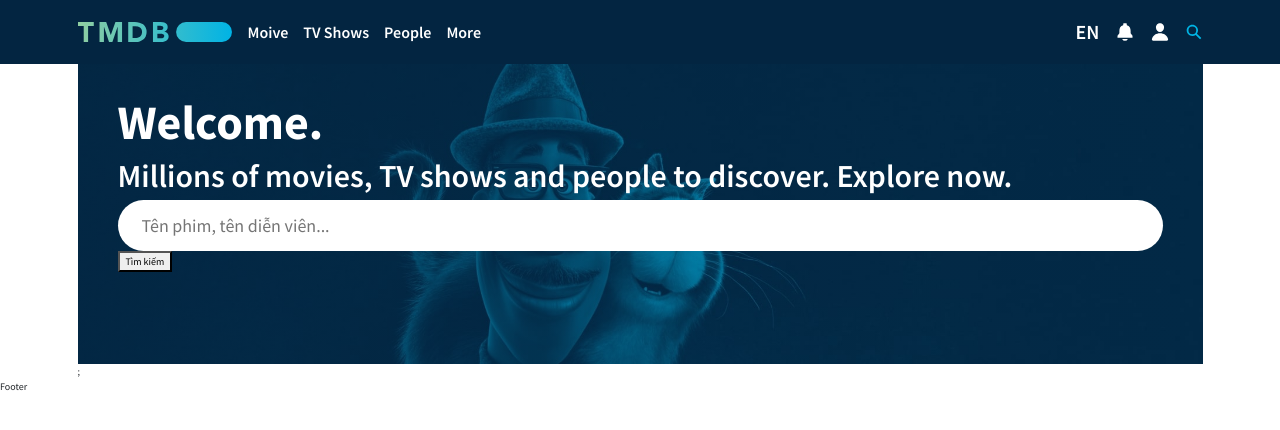
Repository: nguyennam1029/TMDB-App
Page: /
The author's editor kept a copy of each file at every save. The page is drawn from the files as they stood at one save, then again after the next save.
The browser window is 1280 px wide. The pictures show the whole page.
The project was rebuilt for these pictures with package versions that can differ from the ones it lists, and the page was loaded fresh each time. Also part of the build but not shown: src/components/ui/HeroCart/heroCart.css, src/components/ui/HeroCart/HeroCart.jsx, src/page/Search.jsx. Imported but missing from the stored project, and not drawn on this page: src/components/ui/ListHero/ListHero, src/page/HeroDetail.

Above is the page before, as saved 2022-09-26 20:20:31.

### public/index.html
<!DOCTYPE html>
<html lang="en">
  <head>
    <meta charset="utf-8" />
    <link rel="icon" href="%PUBLIC_URL%/favicon.ico" />
    <meta name="viewport" content="width=device-width, initial-scale=1" />
    <meta name="theme-color" content="#000000" />
    <meta
      name="description"
      content="Web site created using create-react-app"
    />
    <link rel="apple-touch-icon" href="%PUBLIC_URL%/logo192.png" />
    <!--
      manifest.json provides metadata used when your web app is installed on a
      user's mobile device or desktop. See https://developers.google.com/web/fundamentals/web-app-manifest/
    -->
    <link rel="manifest" href="%PUBLIC_URL%/manifest.json" />
    <!--
      Notice the use of %PUBLIC_URL% in the tags above.
      It will be replaced with the URL of the `public` folder during the build.
      Only files inside the `public` folder can be referenced from the HTML.

      Unlike "/favicon.ico" or "favicon.ico", "%PUBLIC_URL%/favicon.ico" will
      work correctly both with client-side routing and a non-root public URL.
      Learn how to configure a non-root public URL by running `npm run build`.
    -->
    <link
      rel="stylesheet"
      href="https://cdn.jsdelivr.net/npm/bootstrap@5.1.0/dist/css/bootstrap.min.css"
    />
    <title>React App</title>
  </head>
  <body>
    <noscript>You need to enable JavaScript to run this app.</noscript>
    <div id="root"></div>
    <!--
      This HTML file is a template.
      If you open it directly in the browser, you will see an empty page.

      You can add webfonts, meta tags, or analytics to this file.
      The build step will place the bundled scripts into the <body> tag.

      To begin the development, run `npm start` or `yarn start`.
      To create a production bundle, use `npm run build` or `yarn build`.
    -->
  </body>
</html>

### src/index.js
import React from "react";
import ReactDOM from "react-dom/client";
import { BrowserRouter as Router } from "react-router-dom";

import { Provider } from "react-redux";
import store from "./store";
import "./index.css";
import App from "./App";

const root = ReactDOM.createRoot(document.getElementById("root"));
root.render(
  <React.StrictMode>
    <Provider store={store}>
      <Router>
        <App />
      </Router>
    </Provider>
  </React.StrictMode>
);

// If you want to start measuring performance in your app, pass a function
// to log results (for example: reportWebVitals(console.log))
// or send to an analytics endpoint. Learn more: https://bit.ly/CRA-vitals

### src/store.js
import rootReducer from "./redux/reducers";

import { createStore } from "redux";
const store = createStore(
  rootReducer,
  window.__REDUX_DEVTOOLS_EXTENSION__ && window.__REDUX_DEVTOOLS_EXTENSION__()
);

export default store;

### src/index.css
@import url('https://fonts.googleapis.com/css2?family=Source+Sans+Pro:wght@200;300;400;600;700;900&display=swap');

html {
  font-size: 62.5%;
}

body {
  font-family: 'Source Sans Pro',
    sans-serif;

}

:root {
  --primary-text-color: #fff;
}

*,
*::before,
*::after {
  box-sizing: border-box;
}




img,
picture,
video,
canvas,
svg {
  display  : block;
  max-width: 100%;
}

input,
button,
textarea,
select {
  outline: none;
}

p,
h1,
h2,
h3,
h4,
h5,
h6 {
  overflow-wrap: break-word;
}

a {
  color          : inherit;
  text-decoration: none;
}

ul {
  padding: 0;
  margin : 0;
}

li {
  list-style: none;
}

### src/redux/reducers.js
const initState = {
  search: "",
  selectItem: {},
  listHeros: [],
};

const rootReducer = (state = initState, action) => {
  switch (action.type) {
    case "listHeros":
      return {
        ...state,
        listHeros: action.payload,
      };
    case "selectItem":
      return {
        ...state,
        selectItem: action.payload,
      };
    case "seachrItem":
      return {
        ...state,
        search: action.payload,
      };
    default:
      return state;
  }
};
export default rootReducer;

### src/components/Layout/Layout.jsx
import React from "react";

import Header from "../Header/Header";
import Footer from "../Footer/Footer";
// import Routers from "../../routes/Routers";
import Routers from "../../routes/Routers";

const Layout = () => {
  return (
    <>
      <Header />
      <Routers />
      <Footer />
    </>
  );
};

export default Layout;

### src/components/Header/Header.jsx
import React from "react";

import { Link, useNavigate } from "react-router-dom";
import { useState } from "react";
import { useDispatch } from "react-redux";
import { seachrItem } from "../../redux/action";
import { useEffect } from "react";
import {
  IoSearchOutline,
  IoNotificationsSharp,
  IoPerson,
  IoSearchSharp,
} from "react-icons/io5";
import { Container } from "react-bootstrap";
import Dropdown from "react-bootstrap/Dropdown";
import { NavLink } from "react-router-dom";
import logo from "../../assets/images/logo.svg";
import "./header.css";
const Header = () => {
  // const dispatch = useDispatch();
  // const [searchName, setSearchName] = useState("");
  // const Navigate = useNavigate();
  // const handleOnchange = (value) => {
  //   value !== "" ? Navigate("/seachr") : Navigate("/");
  //   setSearchName(value);
  // };

  // useEffect(() => {
  //   dispatch(seachrItem(searchName));
  // }, [searchName]);
  // return (
  //   <ul>
  //     <li>
  //       <Link to={"/home"} onClick={() => setSearchName("")}>
  //         Home
  //       </Link>
  //     </li>
  //     <li>
  //       <input
  //         type="text"
  //         value={searchName}
  //         placeholder="Tìm kiếm"
  //         onChange={(e) => {
  //           handleOnchange(e.target.value);
  //         }}
  //       />
  //     </li>
  //     <li>
  //       Tim kiem <IoSearchOutline />
  //     </li>
  //   </ul>
  // );
  //CÁC MENU ITEM
  const NavItemLinks = [
    {
      display: "Moive",
      url: "/moive",
    },
    {
      display: "TV Shows",
      url: "/tvshows",
    },
    {
      display: "People",
      url: "/people",
    },
    {
      display: "More",
      url: "/More",
    },
  ];
  return (
    <div className="header">
      <Container>
        <div className="nav d-flex align-items-center justify-content-between">
          <div className="nav__left d-flex align-items-center justify-content-center mr-3">
            <NavLink to="/" className="nav__left--img d-block">
              <img src={logo} alt="" />
            </NavLink>

            <ul className="nav__list d-flex align-items-center gap-4">
              {NavItemLinks.map((item, index) => (
                <li className="nav__item" key={index}>
                  <NavLink
                    to={item.url}
                    className={(navClass) =>
                      navClass.isActive ? "active" : ""
                    }
                  >
                    {item.display}
                  </NavLink>
                </li>
              ))}
            </ul>
          </div>
          <div className="nav__right">
            <ul className="nav__list d-flex align-items-center gap-4">
              <li className="nav__item nav__right--item">
                <NavLink
                  to="en"
                  className={(navClass) => (navClass.isActive ? "active" : "")}
                >
                  EN
                </NavLink>
              </li>

              <li className="nav__item nav__right--item">
                <NavLink
                  to="noti"
                  className={(navClass) => (navClass.isActive ? "active" : "")}
                >
                  <IoNotificationsSharp />
                </NavLink>
              </li>

              <li className="nav__item nav__right--item">
                <NavLink
                  to="user"
                  className={(navClass) => (navClass.isActive ? "active" : "")}
                >
                  <IoPerson />
                </NavLink>
              </li>

              <li className="nav__item nav__right--item search">
                <NavLink
                  to="user"
                  className={(navClass) => (navClass.isActive ? "active" : "")}
                >
                  <IoSearchSharp />
                </NavLink>
              </li>
            </ul>
          </div>
        </div>
      </Container>
    </div>
  );
};
export default Header;

### src/components/Footer/Footer.jsx
import React from "react";

const Footer = () => {
  return <div>Footer</div>;
};
export default Footer;

### src/routes/Routers.jsx
import { Routes, Route, Navigate } from "react-router-dom";

import React from "react";

import { HomePage } from "../page/Home";
import { HeroDetail } from "../page/HeroDetail";
import { Search } from "../page/Search";

const Routers = () => {
  return (
    <Routes>
      <Route path="/" element={<Navigate to="/Home" />} />
      <Route path="/Home" element={<HomePage />} />
      <Route path="/Home/:id" element={<HeroDetail />} />
      <Route path="/seachr" element={<Search />} />
    </Routes>
  );
};
export default Routers;

### src/redux/action.js
export const getListHeros = (heros) => {
  return {
    type: "listHeros",
    payload: heros,
  };
};

export const selectItem = (item) => {
  return {
    type: "selectItem",
    payload: item,
  };
};

export const seachrItem = (item) => {
  return {
    type: "seachrItem",
    payload: item,
  };
};
// export 1 cái getListHeros thì lại đc
// => ko thể sử dụng cú pháp export const getListHeros = (heros) => {...}

// export default getListHeros; export 1 cái thì không lỗi

// export { getListHeros, testt }; cách này củng lỗi

### src/components/Header/header.css
.header {
    background-color: #032541;
    display         : flex;
    justify-content : center;
    align-items     : center;
    position        : fixed;
    top             : 0;
    left            : 0;

    height    : 64px;
    width     : 100%;
    z-index   : 10;
    transition: top 0.2s linear;

}

.nav__left--img {
    width       : 154px;
    height      : auto;
    margin-right: 16px;
}

.nav__left--img img {
    width: 100%;
}

.nav__item {
    font-size  : 1.6rem;
    color      : var(--primary-text-color);
    font-weight: 600;
}

.nav__right--item {
    font-size  : 2rem;
    font-weight: 600;
}

.nav__right--item.search {
    font-size  : 1.8rem;
    color      : #01b4e4;
    font-weight: 800;

}

### src/page/Home.jsx
import React from "react";
import { Banner } from "../components/Banner/Banner";
import { ListHero } from "../components/ui/ListHero/ListHero";
// import Slider from "../components/ui/Slider/Slider";

export const HomePage = () => {
  return (
    <div>
      <Banner />
      {/* <ListHero /> */}
    </div>
  );
};

### src/components/Banner/Banner.jsx
import React from "react";

import { Container } from "react-bootstrap";
import "./banner.css";
export const Banner = () => {
  return (
    <Container>
      <div className="banner">
        <div className="banner-content">
          <div className="banner-title">
            <h2>Welcome.</h2>
            <h3>
              Millions of movies, TV shows and people to discover. Explore now.
            </h3>
          </div>
          <div className="banner-search">
            <input type="text" placeholder="Tên phim, tên diễn viên..." />
            <button>Tìm kiếm</button>
          </div>
        </div>
      </div>
      ;
    </Container>
  );
};

### src/components/Banner/banner.css
.banner {
    margin-top: 64px;
    background-image: linear-gradient(to right, rgba(3, 37, 65, 0.8) 0%, rgba(3, 37, 65, 0) 100%),
        url("../../assets/images/banner.jpg");
    min-height: 300px;

    max-height         : 360px;
    background-position: top center;
    background-size    : cover;
    background-repeat  : no-repeat;
    color              : #fff;
}

.banner-content {
    padding: 30px 40px;
}

.banner-title {}

.banner-title h2 {
    font-size  : 4.8rem;
    font-weight: 700;
}

.banner-title h3 {
    font-size  : 3.2rem;
    font-weight: 600;
}

.banner-search {
    width: 100%;
}

.banner-search input {
    width                : 100%;
    padding              : 12px 24px;
    border               : none;
    font-size            : 1.8rem;
    border-radius        : 6rem;
    -webkit-border-radius: 6rem;
    -moz-border-radius   : 6rem;
    -ms-border-radius    : 6rem;
    -o-border-radius     : 6rem;
}

Loaded but not shown: src/App.js (common file)

After the next save:
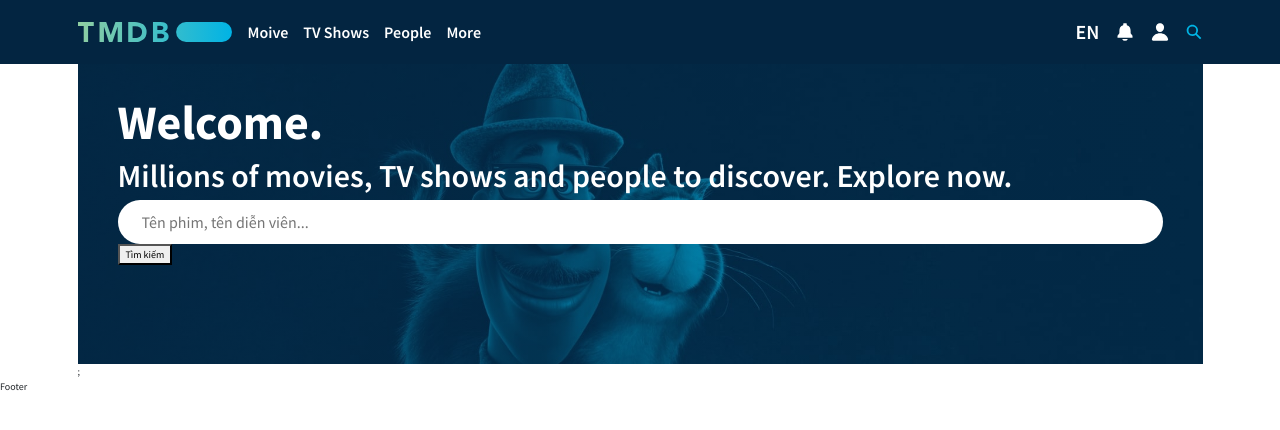
Saved 16 s later.
--- a/src/components/Banner/banner.css
+++ b/src/components/Banner/banner.css
@@ -33,9 +33,9 @@
 
 .banner-search input {
     width                : 100%;
-    padding              : 12px 24px;
+    padding              : 10px 24px;
     border               : none;
-    font-size            : 1.8rem;
+    font-size            : 1.6rem;
     border-radius        : 6rem;
     -webkit-border-radius: 6rem;
     -moz-border-radius   : 6rem;
